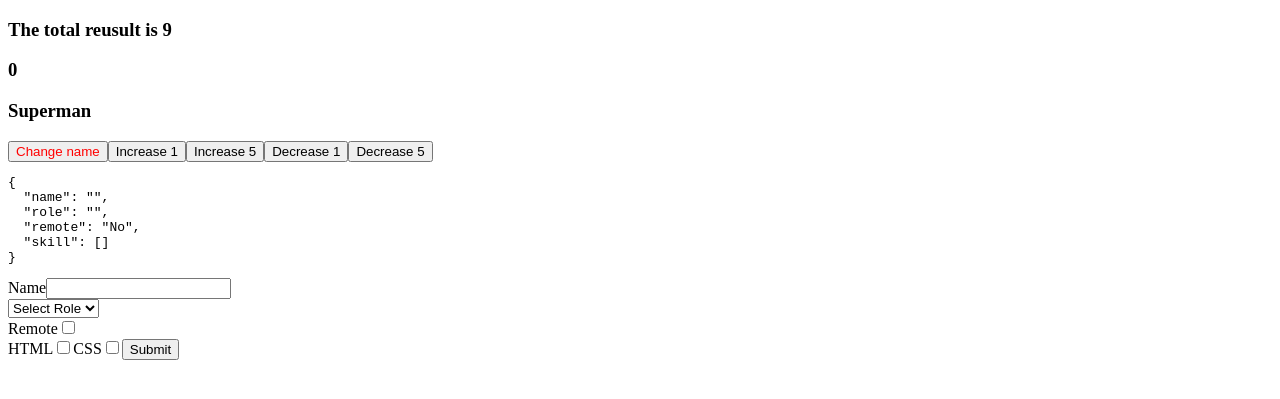
Repository: KZH2001/Vue_Practice
Page: / (app in Tutorial/)
The author's editor kept a copy of each file at every save. The page is drawn from the files as they stood at one save, then again after a run of saves.
The browser window is 1280 px wide. The pictures show the whole page.
The project was rebuilt for these pictures with package versions that can differ from the ones it lists, and the page was loaded fresh each time. Also part of the build but not shown: Tutorial/vite.config.js.

Above is the page before, as saved 2026-01-20 20:23:05.

After the next 9 saves:
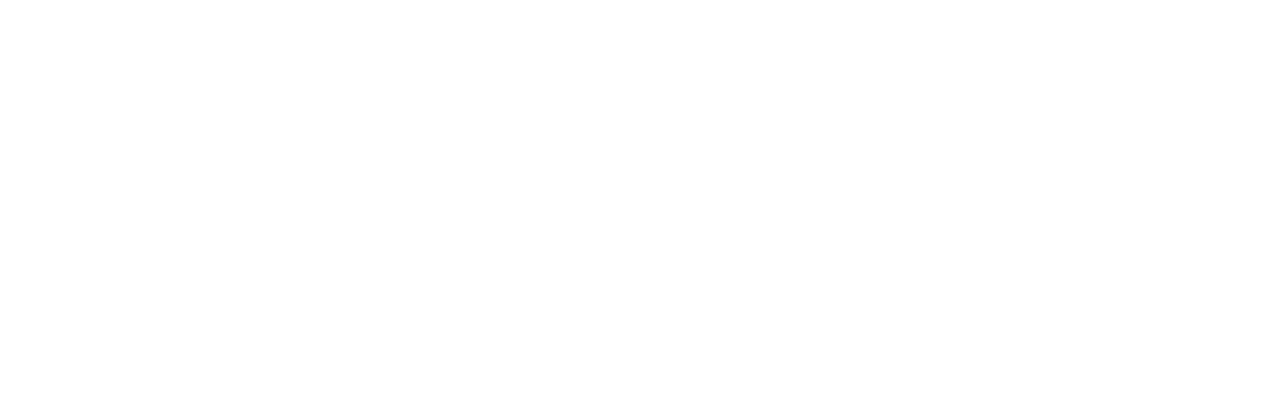
Console error: ReferenceError: price is not defined
The 9 saves are shown as one change because 3 did not build or start and some came seconds apart.
The last was saved 39 s later.
--- a/Tutorial/src/App.vue
+++ b/Tutorial/src/App.vue
@@ -59,7 +59,10 @@
             skill: [],
           },
             items: [
-
+              {
+              firstName: "Kyz",
+              price
+              }
             ]
         }
       },

After the 3 saves that followed:
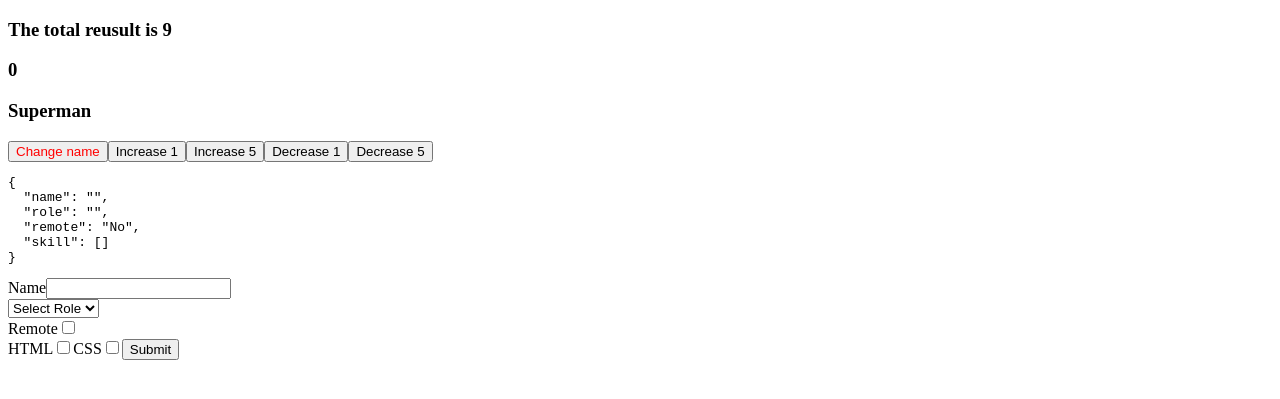
The error is gone.
The 3 saves are shown as one change because 2 left the picture as it was.
The last was saved 16 s later.
--- a/Tutorial/src/App.vue
+++ b/Tutorial/src/App.vue
@@ -60,8 +60,9 @@
           },
             items: [
               {
+              id: 1,
               firstName: "Kyz",
-              price
+              price: 300
               }
             ]
         }
